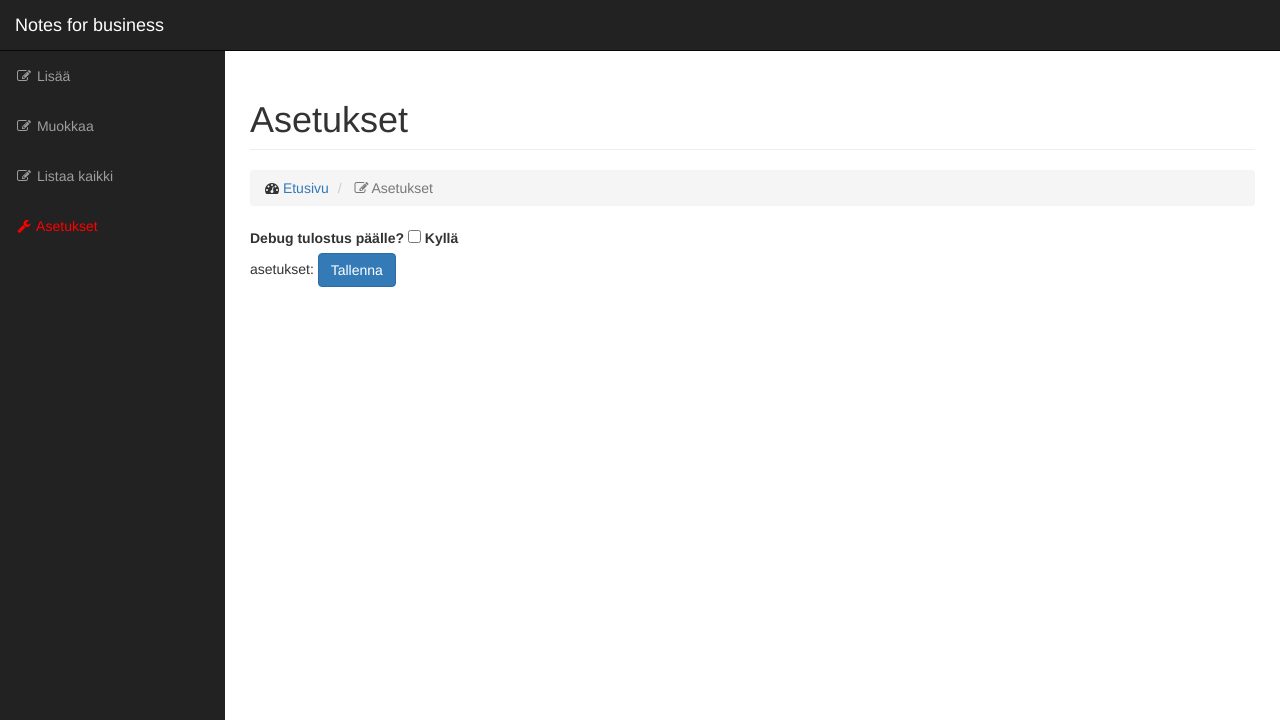
Repository: TommiKurjensalo/php
Page: http://localhost/asetukset.php
The author's editor kept a copy of each file at every save. The page is drawn from the files as they stood at one save, then again after the next save.
The browser window is 1280 px wide. The pictures show the whole page.
The page is run by PHP 8.4 with error messages shown; the project is at /var/www/html/.

Above is the page before, as saved 2017-04-21 20:20:38.

After the next save:
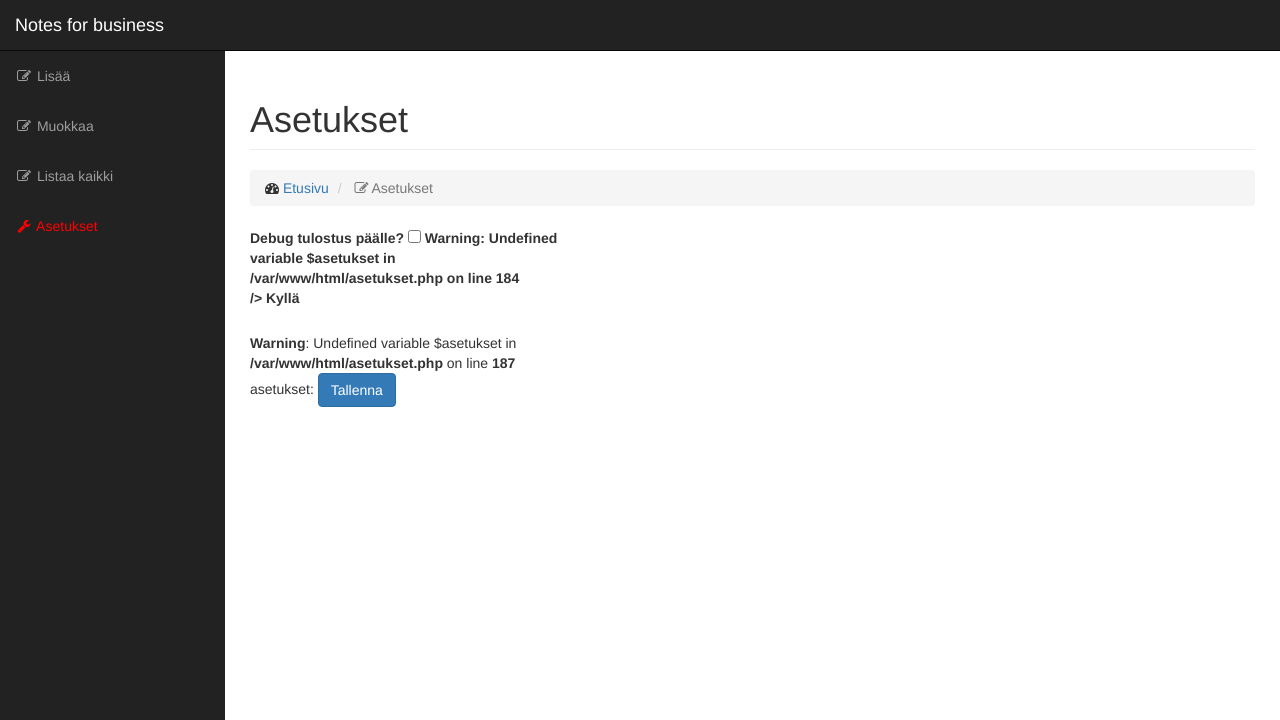
Saved 41 s later.
--- a/sivut/asetukset.php
+++ b/sivut/asetukset.php
@@ -79,7 +79,7 @@
 		$asetukset = true;
 	}
 		// Tehdään false muuttuja
-		$asetukset = false;
+		//$asetukset = false;
 
 
 

After the save that followed:
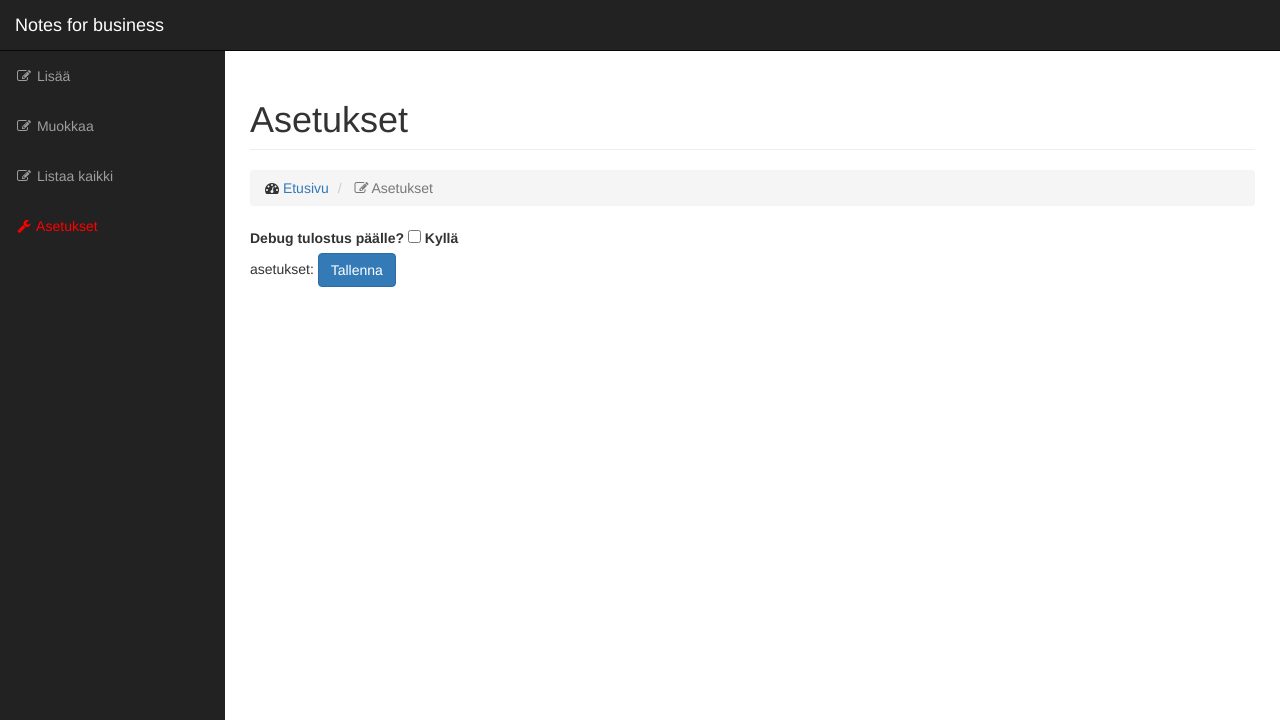
Saved 74 s later.
--- a/sivut/asetukset.php
+++ b/sivut/asetukset.php
@@ -64,6 +64,9 @@
 } else {
 
 	// Sivulle tultiin ensimmäistä kertaa
+	// Tehdään false muuttuja
+	$asetukset = false;
+
 	if (isset ($_COOKIE["isDebug"] )) {
 		if (isset ( $_SESSION ["asetukset"] )) {
 			echo (isset($_COOKIE["isDebug"]) ? "<div style='padding-left:300px;'><br>else isset session asetukset sisältö: " .$_SESSION ["asetukset"]. "</div>" :'');
@@ -78,8 +81,6 @@
 	} elseif (isset ( $_SESSION ["asetukset"] )) {
 		$asetukset = true;
 	}
-		// Tehdään false muuttuja
-		//$asetukset = false;
 
 
 
